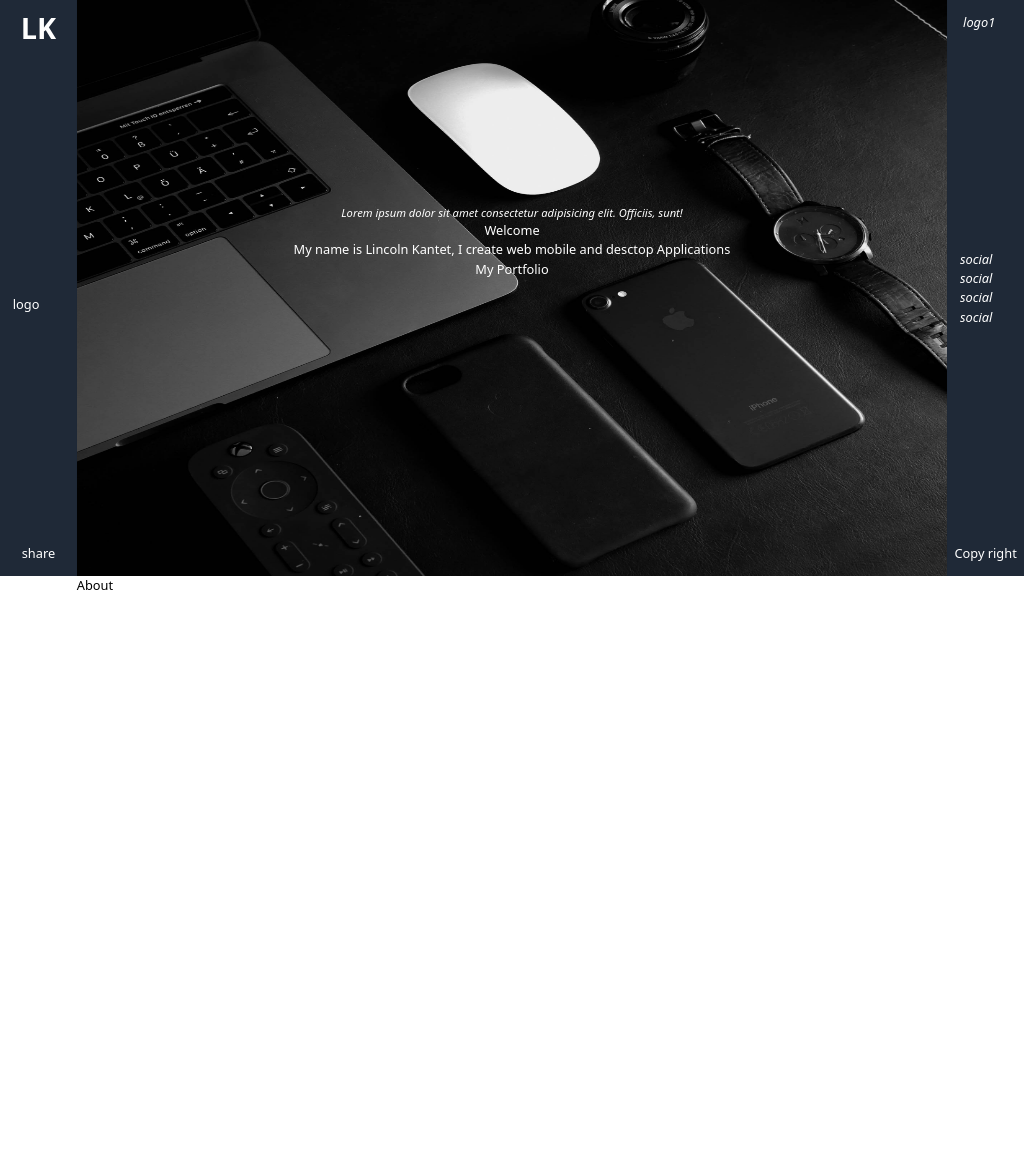
Repository: linco6054/template-tailwindcss
Page: index.html
An editor plug-in stored every save of this project. The page is shown before and after the next save, followed by the edit.
The browser window is 1280 px wide. The pictures show the whole page, at 80% of full size.

Above is the page before, as saved 2021-08-17 16:06:43.

### index.html
<!DOCTYPE html>
<html lang="en">

  <head>
    <meta charset="UTF-8" />
    <meta http-equiv="X-UA-Compatible" content="IE=edge" />
    <meta name="viewport" content="width=device-width, initial-scale=1.0" />
    <link href="https://unpkg.com/tailwindcss@^2/dist/tailwind.min.css" rel="stylesheet" />

    <title>Document</title>
  </head>

  <body class="text-white relative max-w-full h-auto flex flex-col lg:flex-row">
    <!-- nav -->
    <nav class="
        fixed
        top-0
        lg:left-0
        overflow-hidden
        bg-gray-800
        h-20
        flex
        justify-between
        lg:flex-col
        items-center
        w-full
        lg:w-24 lg:h-screen
        z-50
      ">
      <span>
        <h1 class="mx-4 lg:mt-4 text-4xl font-bold">LK</h1>
      </span>
      <div class="mx-4 cursor-pointer">
        <i class="opacity-0 hover:opacity-100">menu</i>
        <span>logo</span>
      </div>

      <span class="mx-4 lg:mb-4">share</span>
    </nav>
    <!-- pages -->
    <section class="
        px-0
        lg:px-24
        overflow-hidden
        flex-col
        md:w-full
        lg:w-full
        h-auto
        text-black
        pt-20
        md:pt-0

      ">
      <div class="h-screen w-full relative overflow-hidden">
        <img class="absolute  z-0 h-full w-full" src="/images/bg.jpg" alt="">

        <div class="px-10 absolute text-white top-64 w-full z-20 flex flex-col justify-center items-center  ">
          <i class="text-sm">Lorem ipsum dolor sit amet consectetur adipisicing elit. Officiis, sunt!</i>
          <h1>Welcome</h1>
          <p>My name is Lincoln Kantet, I create web mobile and desctop Applications</p>
          <button>My Portfolio</button>

        </div>
      </div>
      </div>
      <div class="h-screen">About</div>
    </section>
    <!-- footer -->
    <footer class="
        lg:fixed lg:right-0
        overflow-hidden
        w-full
        lg:w-24
        bg-gray-800
        h-20
        flex
        lg:h-screen
        flex-row-reverse
        justify-between
        items-center
        lg:flex-col
      ">
      <span class="mr-4 lg:mt-4">
        <i>logo1</i>
      </span>
      <span class="ml-4">
        <i>social</i>
        <i>social</i>
        <i>social</i>
        <i>social</i>
      </span>
      <span class="hidden lg:block lg:mb-4">Copy right</span>
    </footer>
  </body>

</html>

After the next save:
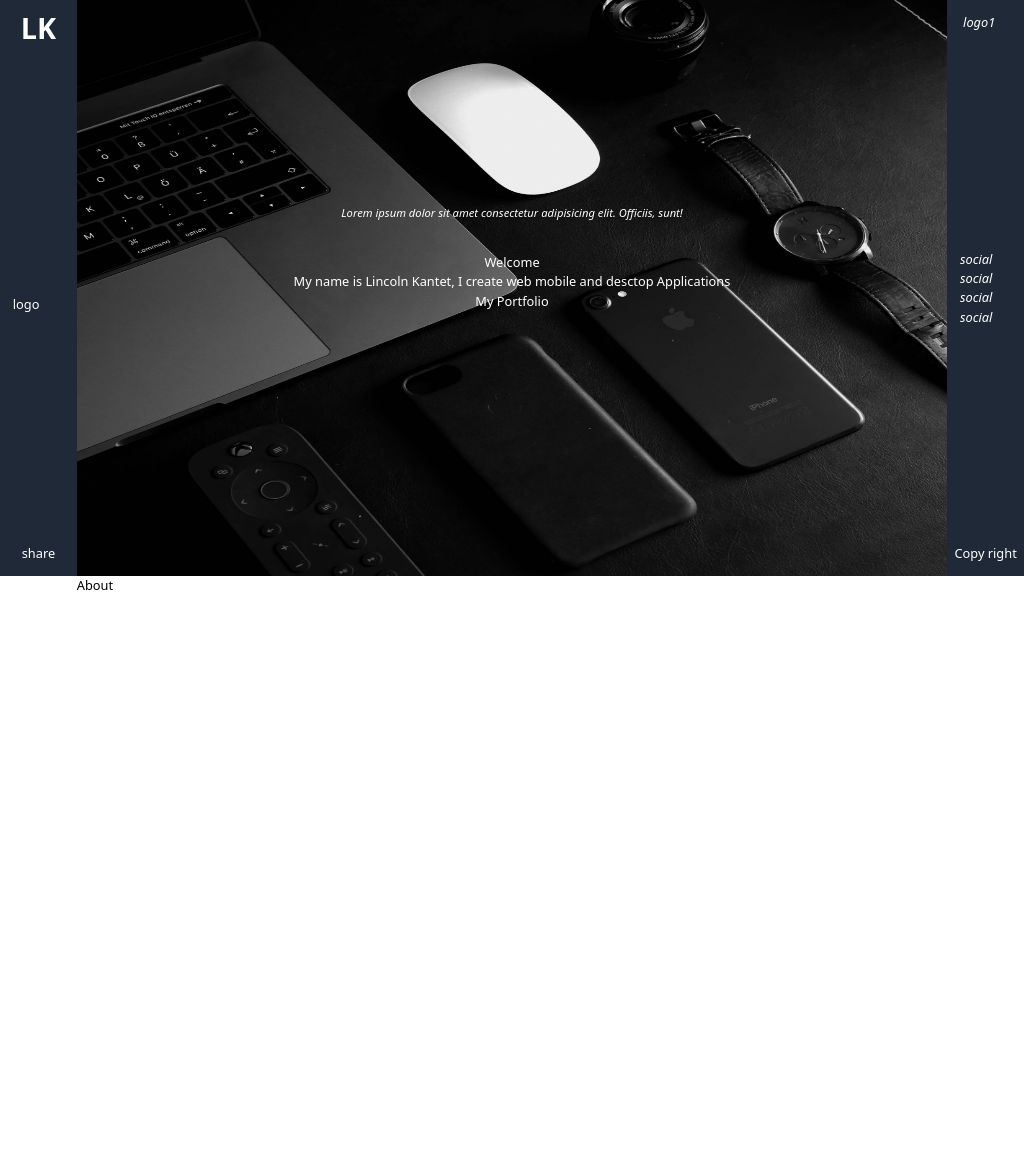
Saved 25 s later.
--- a/index.html
+++ b/index.html
@@ -55,7 +55,7 @@
         <img class="absolute  z-0 h-full w-full" src="/images/bg.jpg" alt="">
 
         <div class="px-10 absolute text-white top-64 w-full z-20 flex flex-col justify-center items-center  ">
-          <i class="text-sm">Lorem ipsum dolor sit amet consectetur adipisicing elit. Officiis, sunt!</i>
+          <i class="text-sm mb-10">Lorem ipsum dolor sit amet consectetur adipisicing elit. Officiis, sunt!</i>
           <h1>Welcome</h1>
           <p>My name is Lincoln Kantet, I create web mobile and desctop Applications</p>
           <button>My Portfolio</button>
